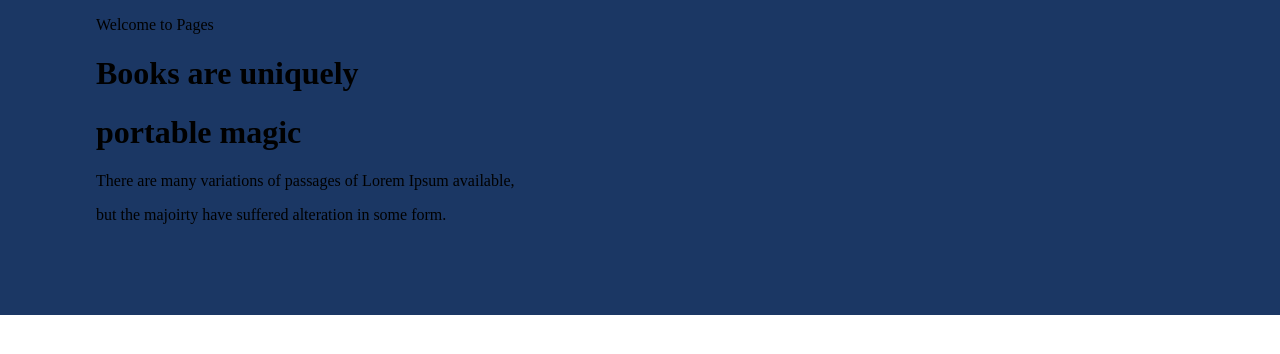
Repository: Godnorg/Class2
Page: index.html
These files come from the project's save history. The page is drawn as it stood at one moment and after the next save; the edit follows.
The browser window is 1280 px wide. The pictures show the whole page.

Above is the page before, as saved 2023-02-13 21:36:37.

### index.html
<!DOCTYPE html>
<html lang="en">
<head>
    <meta charset="UTF-8">
    <meta http-equiv="X-UA-Compatible" content="IE=edge">
    <meta name="viewport" content="width=device-width, initial-scale=1.0">
    <title>Class 2</title>
    <link rel="stylesheet" href="index.css">
</head>
<body>
<div class="page1">
    <div class="allpages">
        <div class="navigation bar">

        </div>
        <div class="middle">
            <div>
                <p>Welcome to Pages</p>
                <h1>Books are uniquely</h1>
                <h1>portable magic</h1>
                <p>There are many variations of passages of Lorem Ipsum available,</p>
                <p>but the majoirty have suffered alteration in some form.</p>
            </div>
            <div>

            </div>
        </div>
    </div>
</div>


</body>
</html>

### index.css
body {
    margin: 0;
    padding: 0;
}

.page1 {
    background: #1B3764;
    padding-bottom: 75px;
    font-color: white;
}

.allpages {
    width: 85%;
    margin: auto;
}

.middle {
    display: grid;
    grid-template-columns: 1fr 1fr;
    column-gap: 35px;

}

.style {
    width: 10px;
}

After the next save:
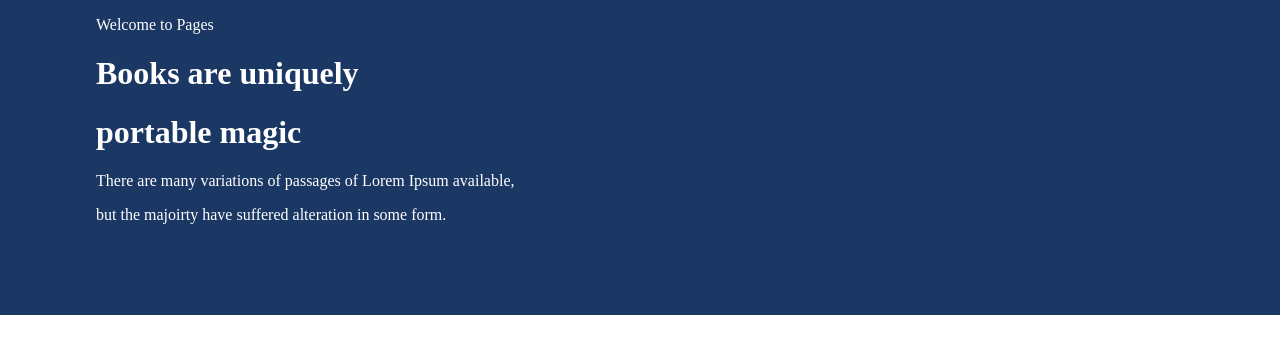
Saved 16 s later.
--- a/index.css
+++ b/index.css
@@ -6,7 +6,7 @@ body {
 .page1 {
     background: #1B3764;
     padding-bottom: 75px;
-    font-color: white;
+    color: white;
 }
 
 .allpages {
